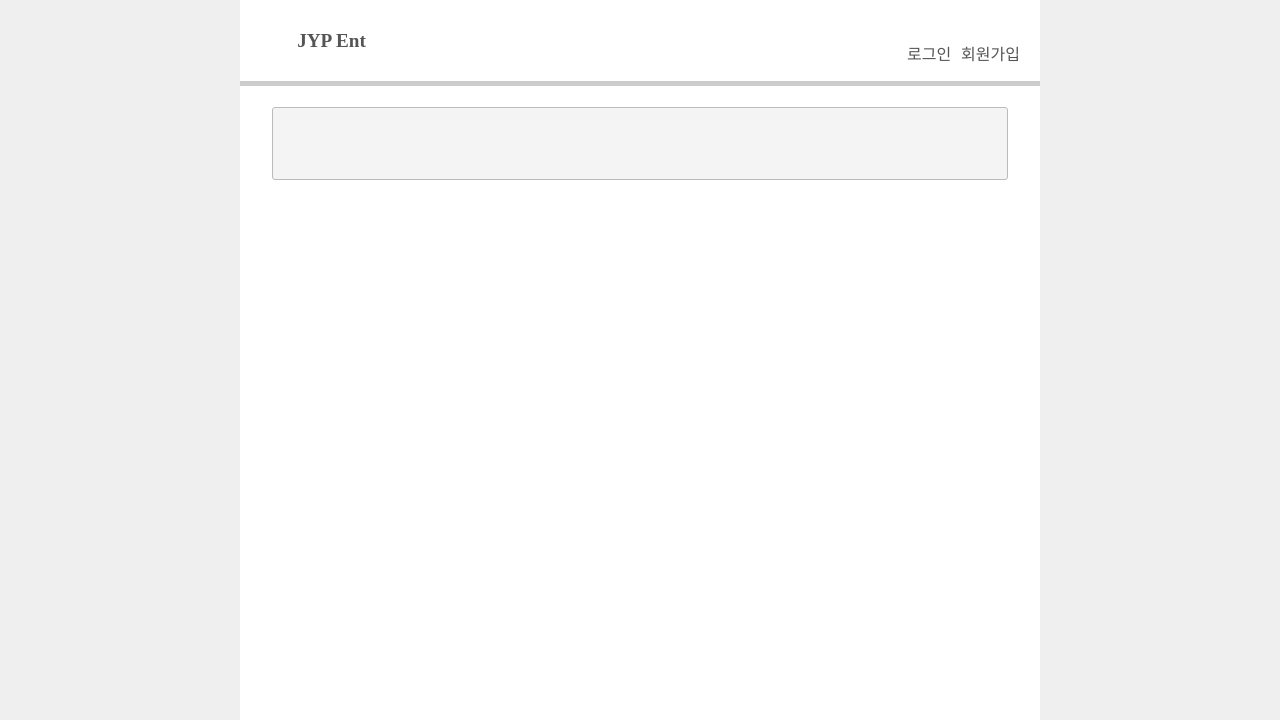
Repository: junyong231/JSP-SSIT
Page: http://localhost/jspPro/days01/ex03_04.jsp
An editor plug-in stored every save of this project. The page is shown before and after the next save, followed by the edit.
The browser window is 1280 px wide. The pictures show the whole page.
Some web fonts or font styles are not loaded; a fallback is used. The page is served by Tomcat 9. Nobody is signed in. The application's start-up code is not run. Other server files are loaded and not shown.

Above is the page before, as saved 2024-10-15 06:07:48.

### jspPro/src/main/webapp/days01/ex03_04.jsp
<%@ page contentType="text/html; charset=UTF-8" pageEncoding="UTF-8"%>
<!DOCTYPE html>
<html>
<head>
<meta charset="UTF-8">
<title>Insert title here</title>
<link rel="shortcut icon" type="image/x-icon" href="http://localhost/jspPro/images/SiSt.ico">
<script src="https://ajax.googleapis.com/ajax/libs/jquery/3.7.1/jquery.min.js"></script>
<meta name="viewport" content="width=device-width, initial-scale=1.0">
<meta name="google" content="notranslate">
<link rel="stylesheet" href="http://localhost/jspPro/resources/cdn-main/example.css">
<script src="http://localhost/jspPro/resources/cdn-main/example.js"></script>
<style>
 span.material-symbols-outlined{
    vertical-align: text-bottom;
 }
</style>
</head>
<body>
<header>
  <h1 class="main"><a href="#" style="position: absolute;top:30px;">JYP Ent</a></h1>
  <ul>
    <li><a href="#">로그인</a></li>
    <li><a href="#">회원가입</a></li>
  </ul>
</header>
<div>
  <xmp class="code">

  </xmp>
    <p id="demo">


  </p>
</div>
</body>
</html>

### jspPro/src/main/webapp/resources/cdn-main/example.css
@charset "UTF-8";

@import url('https://fonts.googleapis.com/css2?family=Material+Symbols+Outlined:opsz,wght,FILL,GRAD@20..48,100..700,0..1,-50..200');

@font-face {
    font-family: 'GmarketSansMedium';
    src: url('https://cdn.jsdelivr.net/gh/projectnoonnu/noonfonts_2001@1.1/GmarketSansMedium.woff') format('woff');
    font-weight: normal;
    font-style: normal;
}

:root {
	--text-color: #555;
	--sub-text-color: #777;
	--back-color: #EFEFEF;
	--header-color: #444;
	--primary-color: #DEDEDE;
	--secondary-color: #EFEFEF;
	--default-width: 800px;
	--narrow-width: 500px;
	--wide-width: 1200px;
	--text-font: 'GmarketSansMedium';
	--icon-font: 'Material Symbols Outlined';
	--border-color: #CCC;
}

html, body {
	margin: 0;
	padding: 0;
}

html {
	background-color: var(--back-color);
	display: flex;
	justify-content: center;
	min-height: 100vh;
}

body, body.default {
	width: var(--default-width);
	background-color: white;
	padding-bottom: 120px;
}

body.wide {
	width: var(--wide-width);
}

body.narrow {
	width: var(--narrow-width);
}



body, p, div, span, a, input, select, option, textarea, button, table, th, td, label, fieldset, legend {
	font-family: var(--text-font);
	color: var(--text-color);
}

h1, h2, h3 {
	font-family: var(--text-font);
	color: var(--header-color);
	padding: 0 1rem;
	padding-top: .5rem;
}

div > h1, div > h2, div > h3 {
	padding: 0;
}

body > div, body > main > div {
	padding: 0.3rem 1rem;
}


h1 { font-size: 2rem; border-bottom: 1px solid var(--border-color); }
h1 small { font-size: 1.2rem; color: var(--sub-text-color); }
h2 { font-size: 1.5rem; border-bottom: 1px dashed var(--border-color); }
h2 small { font-size: 1.1rem; color: --sub-text-color; }
h3 { font-size: 1.2rem; }
h3 small { font-size: 1rem; color: --sub-text-color; }



h1.main::before {
	font-family: var(--icon-font);
  	content: '\e666';
  	margin-right: 10px;
  	float: left;
	font-size: 2.5rem;
}

h1.sub::before {
	font-family: var(--icon-font);
  	content: '\ea19';
  	margin-right: 10px;
  	float: left;
	font-size: 2.5rem;
}


h1.page::before {
	font-family: var(--icon-font);
  	content: '\e0e0';
  	margin-right: 10px;
  	float: left;
	font-size: 2.5rem;
}

body > header > ul > li > .active{
	background-color: #FFF;
	color:#F00;
}

body > header {
	display: flex;
	justify-content: space-between;
	border-bottom: 5px solid var(--border-color);
	min-height: 74px;
	background-color: #FFF;
}

body > header.sticky {
	position: sticky;
	top: 0;
	z-index: 98;
}

body > header > h1 {
	font-size: 1.2rem;
	border: 0;
}

body > header.in > h1::before {
	font-family: var(--icon-font);
  	content: '\e332‥';
  	margin-right: 3px;
  	float: left;
	font-size: 2rem;
}


body > header > ul {
	list-style-type: none;
	display: flex;
	align-items: flex-end;
	margin-right: 10px;
}

body > header > ul > li {
	margin-right: 10px;
	cursor: pointer;
}

body > header > ul > li > a {
	cursor: pointer;
}


form {
	display: block;
}

form > div {
	padding: 0.3rem 1rem;
}

div > form > div {
	padding: 0.3rem 0;
}

input, textarea, button, select {
	border: 1px solid #BBB;
	border-radius: 3px;
	outline: none;
	resize: none;
	padding: 7px;
	margin: 0;
}

input[type=text]:read-only, textarea:read-only {
	cursor: not-allowed;
	background-color: #FFF;
}

input[type=text]:disabled, textarea:disabled {
	cursor: not-allowed;
	background-color: #EEE;
}

input[type=text], input[type=password], textarea, button, select {
	/* width: 300px; */
}

textarea {
	display: block;
	height: 100px;
}

input[type=button], input[type=submit], button {
	/* width: inherit; */
}

input.short, textarea.short, button.short, select.short {
	width: 100px;
}

input.long, textarea.long, button.long, select.long {
	width: 350px;
}

.narrow input.long, .narrow textarea.long, .narrow button.long, .narrow select.long {
	width: calc(100% - 20px);
}

input.full, textarea.full, button.full, select.full {
	width: calc(100% - 20px);
}

textarea.short {
	height: 50px;
}

textarea.long {
	height: 100px;
}

textarea.full {
	height: 200px;
}

input, textarea {
	padding-top: 8px;
}

input[type=button], input[type=submit], button {
	padding: 5px 10px;
	background-color: var(--secondary-color);
	cursor: pointer;
	min-height: 36px;
}

input[type=button].primary, input[type=submit].primary, button.primary {
	/* background-color: rgba(100, 149, 237, .2); */
	background-color: var(--primary-color);
}

input[type=button].primary:hover, input[type=submit].primary:hover, button.primary:hover {
	/* background-color: rgba(100, 149, 237, .3); */
	background-color: var(--secondary-color);
}

input[type=button]:hover, input[type=submit]:hover, button:hover {
	background-color: var(--primary-color);
}

button {
	position: relative;
	left: 0;
	top: 0;
	padding-left: 35px;
}

button .material-symbols-outlined {
	position: absolute;
	left: 10px;
	top: 4px;
}

/* k2nik add */
button.login::before {
	font-family: var(--icon-font);
  	content: '\ea77';
	position: absolute;
	left: 11px;
	top: 4px;
	font-size: 1.25rem;
}

/* k2nik logout */
button.logout::before {
	font-family: var(--icon-font);
  	content: '\e9ba';
	position: absolute;
	left: 11px;
	top: 4px;
	font-size: 1.25rem;
}

/* k2nik help */
button.help::before {
	font-family: var(--icon-font);
  	content: '\f1c0';
	position: absolute;
	left: 11px;
	top: 4px;
	font-size: 1.25rem;
}

button.add::before{
	font-family: var(--icon-font);
  	content: '\e746';
	position: absolute;
	left: 11px;
	top: 4px;
	font-size: 1.25rem;
}

button.back::before {
	font-family: var(--icon-font);
  	content: '\e166';
	position: absolute;
	left: 11px;
	top: 4px;
	font-size: 1.25rem;
}

button.list::before {
	font-family: var(--icon-font);
  	content: '\e0ee';
	position: absolute;
	left: 11px;
	top: 4px;
	font-size: 1.25rem;
}


button.del::before {
	font-family: var(--icon-font);
  	content: '\e872';
	position: absolute;
	left: 11px;
	top: 4px;
	font-size: 1.25rem;
}


button.edit::before {
	font-family: var(--icon-font);
  	content: '\e745';
	position: absolute;
	left: 11px;
	top: 4px;
	font-size: 1.25rem;
}


button.login::before {
	font-family: var(--icon-font);
  	content: '\ea77';
	position: absolute;
	left: 11px;
	top: 4px;
	font-size: 1.25rem;
}


button.logout::before {
	font-family: var(--icon-font);
  	content: '\e9ba';
	position: absolute;
	left: 11px;
	top: 4px;
	font-size: 1.25rem;
}


button.in::before {
	font-family: var(--icon-font);
  	content: '\f71a';
	position: absolute;
	left: 11px;
	top: 4px;
	font-size: 1.25rem;
}


button.out::before {
	font-family: var(--icon-font);
  	content: '\f70e';
	position: absolute;
	left: 11px;
	top: 4px;
	font-size: 1.25rem;
}


button.reply::before {
	font-family: var(--icon-font);
  	content: '\e15e';
	position: absolute;
	left: 11px;
	top: 4px;
	font-size: 1.25rem;
}


button.comment::before {
	font-family: var(--icon-font);
  	content: '\e0b9';
	position: absolute;
	left: 11px;
	top: 4px;
	font-size: 1.25rem;
}


button.modal::before {
	font-family: var(--icon-font);
  	content: '\e89e';
	position: absolute;
	left: 11px;
	top: 4px;
	font-size: 1.25rem;
}


button.ok::before {
	font-family: var(--icon-font);
  	content: '\e86c';
	position: absolute;
	left: 11px;
	top: 4px;
	font-size: 1.25rem;
}


button.cancel::before {
	font-family: var(--icon-font);
  	content: '\e5c9';
	position: absolute;
	left: 11px;
	top: 4px;
	font-size: 1.25rem;
}

button.search::before {
	font-family: var(--icon-font);
  	content: '\e8b6';
	position: absolute;
	left: 11px;
	top: 4px;
	font-size: 1.25rem;
}

button.home::before {
	font-family: var(--icon-font);
  	content: '\e88a';
	position: absolute;
	left: 11px;
	top: 4px;
	font-size: 1.25rem;
}


button.sidebar::before {
	font-family: var(--icon-font);
  	content: '\f7e4';
	position: absolute;
	left: 11px;
	top: 4px;
	font-size: 1.25rem;
}


button.sidebar-right::before {
	font-family: var(--icon-font);
  	content: '\f7e5';
	position: absolute;
	left: 11px;
	top: 4px;
	font-size: 1.25rem;
}




button::before {
	font-family: var(--icon-font);
  	content: '\e323';
	position: absolute;
	left: 11px;
	top: 4px;
	font-size: 1.25rem;
}


table {
	border-collapse: collapse;
	margin: 1rem;
	box-sizing: border-box;
	width: calc(100% - 32px);
}

table.content {
	width: auto;
}

div > table {
	margin: 0;
}

table th, table td {
	border: 1px solid var(--border-color);
	padding: 7px;
	font-weight: normal;
}

table th {
	background-color: var(--back-color);
}

table.vertical th {
	width: 150px;
}

table.vertical td {
	width: calc(100% - 182px);
	padding-left: 10px;
}

table.content td, table.content th {
	width: auto;
}

body.narrow table.vertical th {
	width: 100px;
}

body.narrow table.vertical td {
	width: calc(100% - 182px);
}


table + table {
	margin-top: 30px;
}


p {
	padding: 0 1rem;
}

a {
	text-decoration: none;
}

a:hover {
	color: rgba(255, 99, 71, .7);
}

hr {
	border: 0;
	border-top: 1px solid var(--border-color);
	margin: 2rem 0;
}

.message {
	border: 1px solid var(--border-color);
	background-color: #EFEFEF;
	margin: 1rem;
	width: auto;
	padding-top: 10px;
	padding-bottom: 10px;
	font-size: 14px;
}

.message[title]::before {
	content: attr(title);
	display: block;
	border-bottom: 1px solid var(--border-color);
	padding-bottom: 5px;
	margin-bottom: 10px;
	margin-top: 7px;
}

.message.short {
	max-width: 250px;
}

.message.long {
	max-width: 500px;
}

.badge {
	float: right;
	font-size: .8rem;
	margin-top: 2px;
	margin-right: 2px;
	text-shadow: 0 0 7px gray;
}

.badge.left {
	float: none;
	margin-left: 2px;
}

.badge.right {
	float: right;
}

.badge.red {
	border-radius: 50%;
	padding: 2px 5px;
	background-color: rgb(255, 99, 71, .3);
}

.badge.yellow {

	border-radius: 50%;
	padding: 2px 5px;
	background-color: rgb(255, 215, 0, .5);
}

.badge.blue {
	border-radius: 50%;
	padding: 2px 5px;
	background-color: rgb(100, 149, 237, .3);
}

label + label {
	margin-left: 7px;
}

label input[type=checkbox], label input[type=radio] {
	transform: translate(0, 1px);
}

.group {
	display: flex;
}

.modal-content .group {
	margin-bottom: .5rem;
}

.group label {
	border: 1px solid #BBB;
	border-radius: 3px;
	outline: none;
	resize: none;
	padding: 7px 14px;
	margin: 0;
	border-top-right-radius: 0;
	border-bottom-right-radius: 0;
	background-color: #EFEFEF;
	white-space: nowrap;
	font-size: 14px;
}

.group input[type=text] {
	margin-left: -1px;
	border-top-left-radius: 0;
	border-bottom-left-radius: 0;
}

.group select {
	margin-left: -1px;
	border-top-left-radius: 0;
	border-bottom-left-radius: 0;
}

.group input.full[type=text] {
	margin-left: -1px;
	border-top-left-radius: 0;
	border-bottom-left-radius: 0;
	width: 100%;
}

.group input[type=button]:first-child, .group button:first-child {
	border-top-left-radius: 3px;
	border-bottom-left-radius: 3px;
	margin-left: 0px;
}

.group input[type=button], .group button {
	border-radius: 0;
	margin-left: -1px;
}

.group input[type=button]:last-child, .group button:last-child {
	margin-left: -1px;
	border-top-right-radius: 3px;
	border-bottom-right-radius: 3px;
}

.seperate {
	display: flex;
	justify-content: space-between;
}

div.list {
	width: max-content;
	margin: 1rem;
	border: 1px solid #BBB;
	border-radius: 3px;
	padding: 0;
}

div.list.full {
	width: auto;
	display: block;
	margin: 1rem;
	border: 1px solid #BBB;
	border-radius: 3px;
	padding: 0;
}

div.list > div {
	padding: .5rem 1rem;
	margin: 0;
	border-bottom: 1px solid #BBB;
}

div.list > div:last-child {
	border-bottom: 0;
}

pre.code , xmp.code{
	font-family: consols;
	background-color: rgba(150, 150, 150, .1);
	border: 1px solid #BBB;
	border-radius: 3px;
	padding: .5rem 1rem;
	padding-bottom: .6rem;
	margin: 1rem;
}




*[data-modal-window] {
	position: fixed;
	background-color: rgba(0, 0, 0, .3);
	left: 0;
	top: 0;
	display: none;
	justify-content: center;
	align-items: flex-start;
	width: 100%;
	min-height: 100vh;
	z-index: 100;
	opacity: 0;
	transition: 500ms all;
}

*[data-modal-window] .modal-container {
	border-radius: 5px;
	padding: 1rem;
	padding-bottom: .5rem;
	margin-top: -500px;
	opacity: 0;
	width: 500px;
	background-color: #FFF;
	margin-right: 2rem;
	transition: 500ms all;
}

*[data-modal-size=content] .modal-container {
	width: auto;
}

*[data-modal-size=narrow] .modal-container {
	width: 300px;
}

*[data-modal-size=wide] .modal-container {
	width: 760px;
}


*[data-modal-window] .modal-header {
	border-bottom: 1px solid var(--border-color);
	padding: 2px 5px;
}

*[data-modal-window] .modal-content {
	padding: 1rem 5px;
}

*[data-modal-window] .modal-content div:last-child {
	margin-top: 1rem;
	text-align: right;
}



*[data-sidebar-window] {
	position: fixed;
	background-color: #FFF;
	left: 0;
	top: 0;
	display: block;
	width: 300px;
	border-right: 1px solid var(--border-color);
	box-sizing: border-box;
	box-shadow: 0 0 3px var(--back-color);
	min-height: 100vh;
	z-index: 99;
	transform: translate(-300px, 0);
	transition-duration: 500ms;
	transition-property: transform;
}

*[data-sidebar-direction=right] {
	left: auto;
	right: 0;
	transform: translate(300px, 0);
	border-left: 1px solid var(--border-color);
}

*[data-sidebar-size=wide] {
	width: 500px;
	transform: translate(-500px, 0);
}

*[data-sidebar-window] .sidebar-title {
	border-bottom: 1px solid var(--border-color);
	margin-top: 20px;
	margin-bottom: 20px;
	padding-bottom: 5px;
	display: flex;
	justify-content: space-between;
}

*[data-sidebar-window] .sidebar-title span:last-child {
	cursor: pointer;
}


/* K2Nik pagination */
.center {
  text-align: center;
}

.pagination {
  display: inline-block;
}

.pagination a {
  color: black;
  float: left;
  padding: 3px 6px;
  text-decoration: none;
  transition: background-color .3s;
  border: 1px solid #ddd;
  margin: 0 3px;
}

.pagination a.active {
  background-color: #4CAF50;
  color: white;
  border: 1px solid #4CAF50;
}

.pagination a:hover:not(.active) {background-color: #ddd;}

### jspPro/src/main/webapp/resources/cdn-main/example.js

window.onload = () => {

    const list = document.querySelectorAll('input, textarea');

    list.forEach(item => {
        item.setAttribute('autocomplete', 'off');
    });


    const modal_btn_list = document.querySelectorAll('*[data-modal-button]');

    modal_btn_list.forEach(item => {
        item.onclick = function() {

            const name = this.dataset['modalButton'];
            const modal_window = document.querySelector('*[data-modal-window=' + name);

            const container = document.createElement('div');
            container.className = 'modal-container';



            const modal_header = document.createElement('div');
            modal_header.textContent = modal_window.dataset['modalTitle'];
            modal_header.className = 'modal-header';
            container.appendChild(modal_header);

            const modal_content = document.createElement('div');
            modal_content.className = 'modal-content';
            container.appendChild(modal_content);

            Array.from(modal_window.childNodes).forEach(item => {
                modal_content.appendChild(item);
            });

            modal_window.appendChild(container);

            modal_window.style.display = 'flex';

            setTimeout(() => {
                modal_window.style.opacity = 1;
                container.style.marginTop = '20px';
                container.style.opacity = 1;
            }, 50);


            const modal_ok = document.querySelector('*[data-modal-ok=' + name);
            modal_ok.addEventListener('click', function() {
                modal_window.style.opacity = 0;
                container.style.marginTop = '-500px';
                container.style.opacity = 0;

                setTimeout(() => {
                    modal_window.innerHTML = modal_content.innerHTML;
                    modal_window.style.display = 'none';
                }, 500);

            });

            const modal_cancel = document.querySelector('*[data-modal-cancel=' + name);
            modal_cancel.addEventListener('click', function() {

                modal_window.style.opacity = 0;
                container.style.marginTop = '-500px';
                container.style.opacity = 0;

                setTimeout(() => {
                    modal_window.innerHTML = modal_content.innerHTML;
                    modal_window.style.display = 'none';
                }, 500);
            });


        };
    });


    const sidebar_btn_list = document.querySelectorAll('*[data-sidebar-button]');

    sidebar_btn_list.forEach(item => {
        item.onclick = function() {



            const name = this.dataset['sidebarButton'];
            const sidebar_window = document.querySelector('*[data-sidebar-window=' + name);

            if (sidebar_window.style.transform == 'translate(0px, 0px)') return;



            sidebar_window.style.transform = 'translate(0, 0)';

            const sidebar_title = document.createElement('div');
            sidebar_title.className = 'sidebar-title';
            sidebar_title.innerHTML = '<span>' + sidebar_window.dataset['sidebarTitle'] + '</span><span class="material-symbols-outlined">close</span>';

            sidebar_title.children[1].onclick = function() {

                let sign = 1;
                let distance = 300;

                if (sidebar_window.dataset['sidebarDirection'] != 'right') {
                    sign = -1;
                } else {
                    sign = 1;
                }

                if (sidebar_window.dataset['sidebarSize'] != 'wide') {
                    distance = 300;
                } else {
                    distance = 500;
                }

                distance *= sign;

                sidebar_window.style.transform = 'translate(' + distance + 'px, 0)';

                setTimeout(function() {
                    sidebar_window.removeChild(sidebar_window.children[0]);
                }, 500);
            };


            sidebar_window.prepend(sidebar_title);

        }
    });

};

// window.onkeydown = function(event) {

//     if (event.keyCode == 27) {
//         if (document.querySelector('[data-modal-window').style.display == 'flex') {
//             document.querySelector('[data-modal-window').style.display = 'none';
//         }
//     }

// };

After the next save:
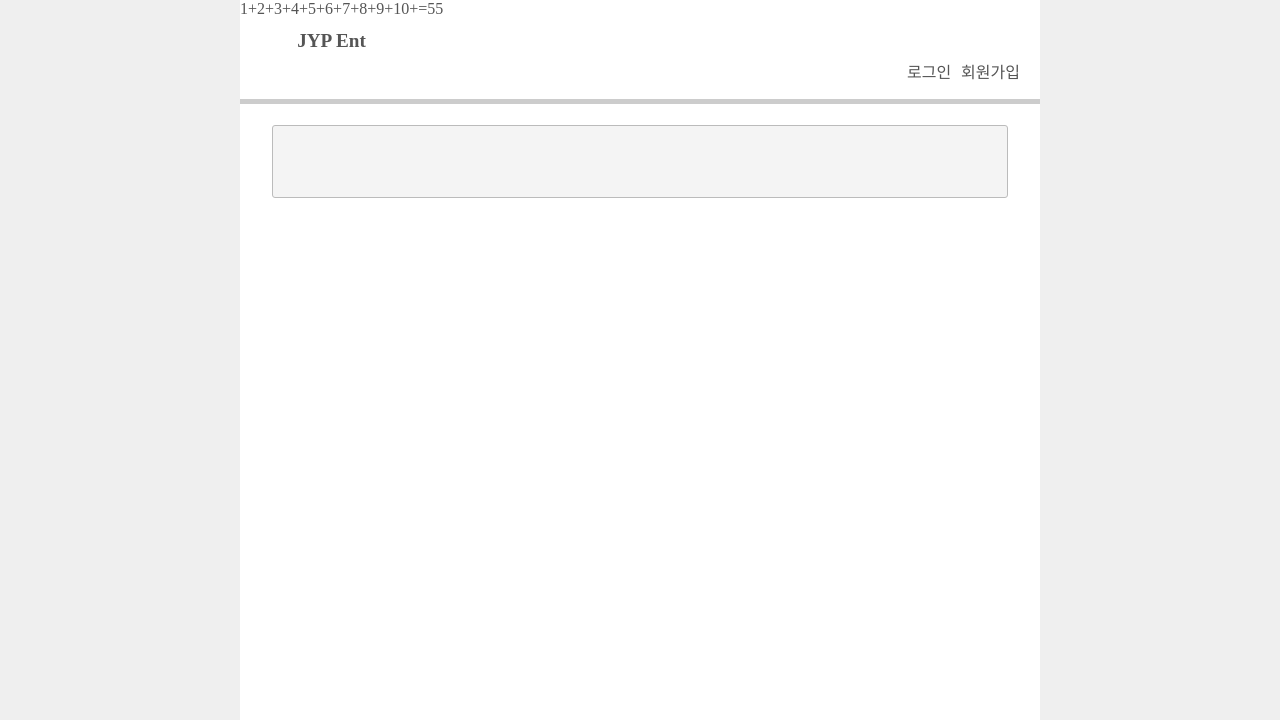
Saved 5 s later.
--- a/jspPro/src/main/webapp/days01/ex03_04.jsp
+++ b/jspPro/src/main/webapp/days01/ex03_04.jsp
@@ -1,4 +1,16 @@
 <%@ page contentType="text/html; charset=UTF-8" pageEncoding="UTF-8"%>
+
+
+	<%
+	int sum = 0;
+	for(int i = 1; i<=10 ; i++ ){
+		sum += i;
+		out.write(i+"+");
+		//out은 내장객체..
+	}
+	out.write("=" + sum);
+
+	%>
 <!DOCTYPE html>
 <html>
 <head>
